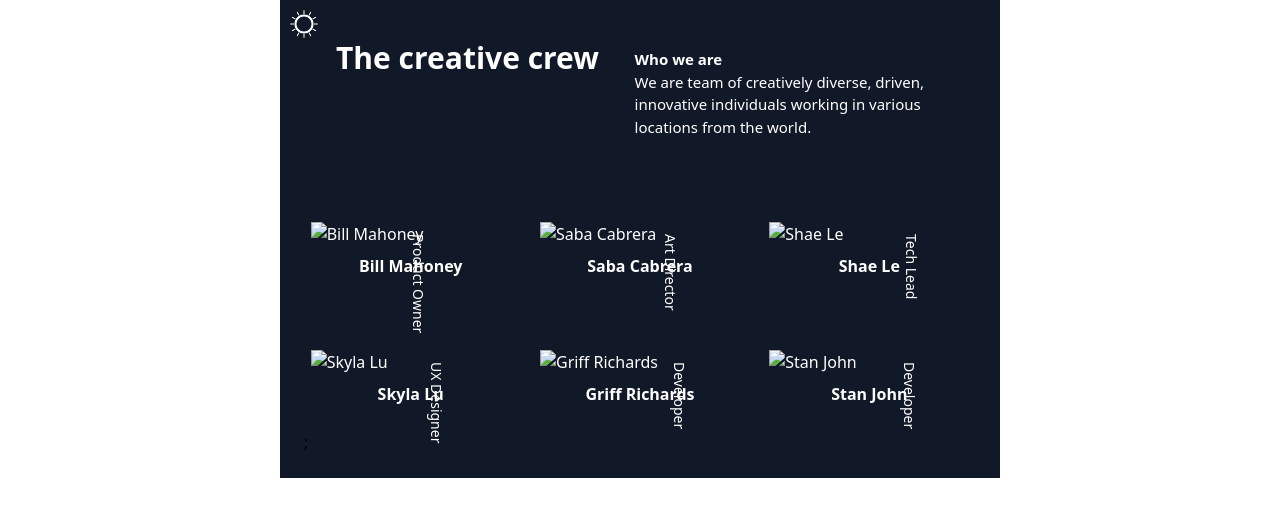
Repository: Alzate1075/Funval-G3-N2
Page: /
An editor plug-in stored every save of this project. The page is shown before and after the next save, followed by the edit.
The browser window is 1280 px wide. The pictures show the whole page.
The project was rebuilt for these pictures with package versions that can differ from the ones it lists, and the page was loaded fresh each time. Also part of the build but not shown: vite.config.js.

Above is the page before, as saved 2025-07-02 22:32:49.

After the next save:
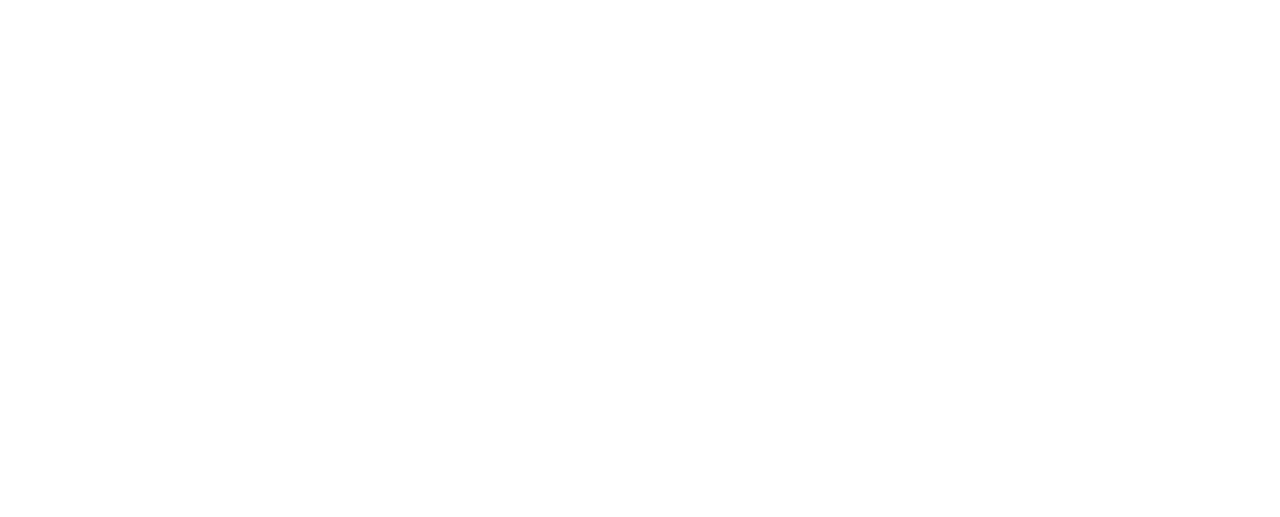
Console error: ReferenceError: CardTeams is not defined
Saved 2 min 14 s later.
--- a/src/App.jsx
+++ b/src/App.jsx
@@ -1,7 +1,7 @@
 import { TeamCard } from "./components/TeamCard";
 import miArray from "./components/ArrayTeams";
 
-function CardTeams() {
+function App() {
   return (
     <div className="md:bg-[#111827] p-2 md:mx-70">
       <div>

After the save that followed:
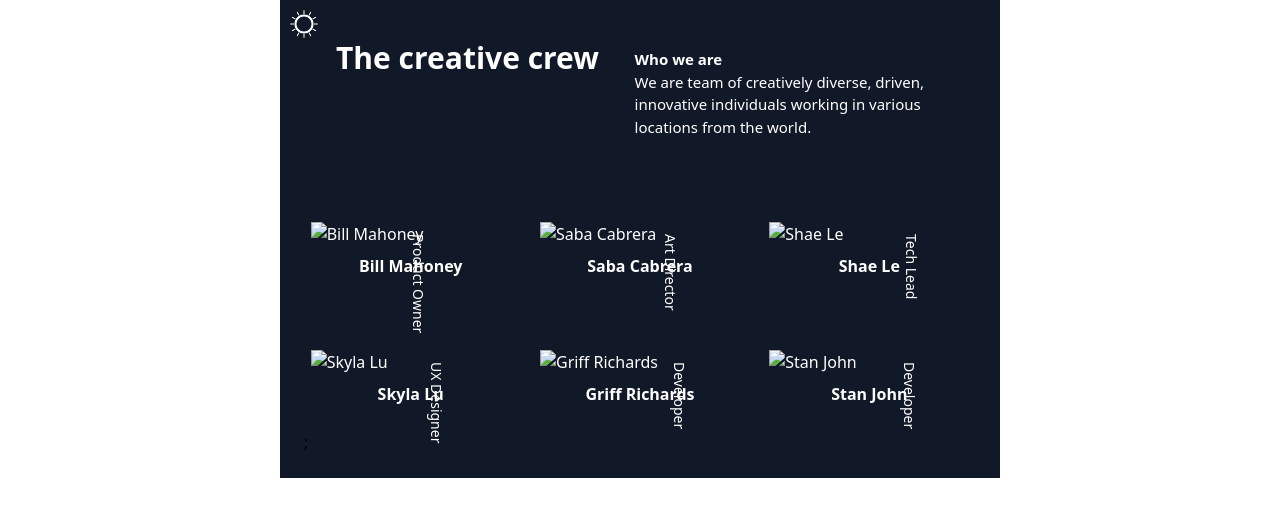
The error is gone.
Saved 18 s later.
--- a/src/App.jsx
+++ b/src/App.jsx
@@ -40,4 +40,4 @@
   );
 }
 
-export default CardTeams;
+export default App;
